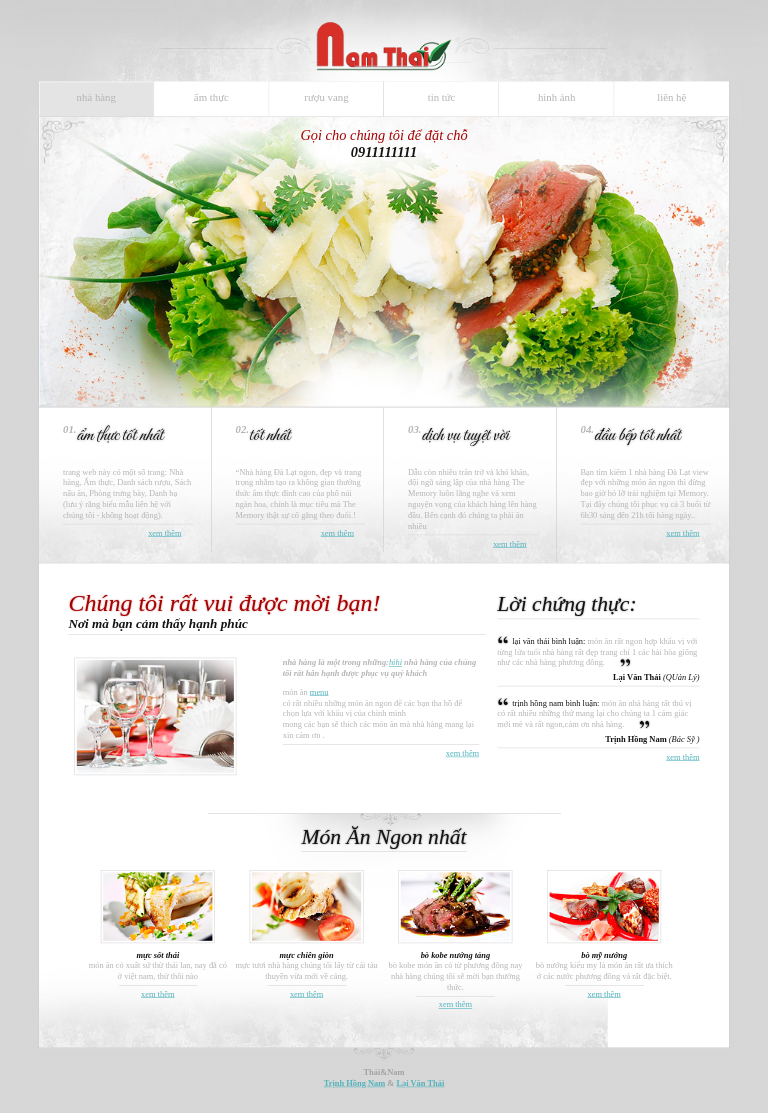
Repository: thaiLVT/DoAnThucTapNamThai
Page: index.html
The author's editor kept a copy of each file at every save. The page is drawn from the files as they stood at one save, then again after the next save.
The browser window is 1280 px wide. The pictures show the whole page, at 60% of full size.

Above is the page before, as saved 2022-04-25 01:09:20.

### index.html
<!DOCTYPE html>
<html lang="en">

<head>
    <title>Home</title>
    <meta charset="utf-8">
    <meta name="viewport" content="width=device-width, initial-scale=1, maximum-scale=1">
    <link rel="stylesheet" type="text/css" media="screen" href="css/reset.css">
    <link rel="stylesheet" type="text/css" media="screen" href="css/style.css">
    <link rel="stylesheet" href="css/zerogrid.css" type="text/css" media="all">
    <link rel="stylesheet" href="css/responsive.css" type="text/css" media="all">
    <link rel="stylesheet" href="css/responsiveslides.css" type="text/css" media="all" />
    <link href='http://fonts.googleapis.com/css?family=Great+Vibes' rel='stylesheet' type='text/css'>
    <!-- <script src="js/jquery-1.7.min.js"></script> -->
    <!-- <script src="js/jquery.easing.1.3.js"></script> -->
    <!-- <script src="js/tms-0.4.1.js"></script> -->
    <!-- <script type="text/javascript" src="js/css3-mediaqueries.js"></script> -->
    <!-- <script type="text/javascript" src="js/responsiveslides.js"></script> -->
    <!-- <script>
        $(function() {
            $("#slider").responsiveSlides({
                auto: true,
                pager: false,
                nav: true,
                speed: 500,
                maxwidth: 948,
                namespace: "centered-btns"
            });
        });
    </script> -->
</head>

<body>
    <div class="bg-top">
        <div class="bgr">
            <!--==============================header=================================-->
            <header>
                <div class="zerogrid">
                    <h1>
                        <a style="width: 14rem;" href="index.html"><img src="images/logo.png" alt=""></a>
                    </h1>
                    </a>
                    </h1>
                    <nav>
                        <ul class="menu">
                            <li class="current"><a href="index.html">nhà hàng</a></li>
                            <li><a href="cuisine.html">ẩm thực</a></li>
                            <li><a href="wine_list.html">rượu vang</a></li>
                            <li><a href="cookbook.html">tin tức</a></li>
                            <li><a href="gallery.html">hình ảnh</a></li>
                            <li><a href="contacts.html">liên hệ</a></li>
                        </ul>
                        <div class="clear"></div>
                    </nav>
                    <div id="slide">
                        <div class="rslides_container">
                            <ul class="rslides" id="slider">
                                <li><img src="images/slider-1.jpg" alt="" /></li>
                                <li><img src="images/slider-2.jpg" alt="" /></li>
                                <li><img src="images/slider-3.jpg" alt="" /></li>
                            </ul>
                        </div>

                        <div class="phone-number">Gọi cho chúng tôi để đặt chỗ<strong>0911111111</strong></div>
                    </div>
                </div>
            </header>
            <!--==============================content================================-->
            <section id="content">
                <div class="zerogrid">
                    <div class="block-1">
                        <div class="col-1-4">
                            <div class="pad border-right">
                                <div class="block-1-title">
                                    <span>01.</span>
                                    <div class="text-1">ẩm thực tốt nhất</div>
                                    <strong class="clear"></strong>
                                </div>
                                <p class="border-1">trang web này có một số trang: Nhà hàng, Ẩm thực, Danh sách rượu, Sách nấu ăn, Phòng trưng bày, Danh bạ (lưu ý rằng biểu mẫu liên hệ với chúng tôi - không hoạt động).</p>
                                <a href="#" class="link-1">xem thêm</a>
                            </div>
                        </div>
                        <div class="col-1-4">
                            <div class="pad border-right">
                                <div class="block-1-title">
                                    <span>02.</span>
                                    <div class="text-1">tốt nhất</div>
                                    <strong class="clear"></strong>
                                </div>
                                <p class="border-1">“Nhà hàng Đà Lạt ngon, đẹp và trang trọng nhằm tạo ra không gian thưởng thức ẩm thực đỉnh cao của phố núi ngàn hoa, chính là mục tiêu mà The Memory thật sự cố gắng theo đuổi.!</p>
                                <a href="#" class="link-1">xem thêm</a>
                            </div>
                        </div>
                        <div class="col-1-4">
                            <div class="pad border-right">
                                <div class="block-1-title">
                                    <span>03.</span>
                                    <div class="text-1">dịch vụ tuyệt vời </div>
                                    <strong class="clear"></strong>
                                </div>
                                <p class="border-1"> Dẫu còn nhiều trăn trở và khó khăn, đội ngũ sáng lập của nhà hàng The Memory luôn lắng nghe và xem nguyện vọng của khách hàng lên hàng đầu. Bên cạnh đó chúng ta phải ăn nhiều</p>
                                <a href="#" class="link-1">xem thêm</a>
                            </div>
                        </div>
                        <div class="col-1-4">
                            <div class="pad">
                                <div class="block-1-title">
                                    <span>04.</span>
                                    <div class="text-1">đầu bếp tốt nhất</div>
                                    <strong class="clear"></strong>
                                </div>
                                <p class="border-1">Bạn tìm kiếm 1 nhà hàng Đà Lạt view đẹp với những món ăn ngon thì đừng bao giờ bỏ lỡ trải nghiệm tại Memory. Tại đây chúng tôi phục vụ cả 3 buổi từ 6h30 sáng đến 21h tối hàng ngày..</p>
                                <a href="#" class="link-1">xem thêm</a>
                            </div>
                        </div>
                    </div>
                    <div class="block-2 pad-1">
                        <div class="col-2-3">
                            <div class="wrap-col">
                                <h2 class="h2-line">Chúng tôi rất vui được mời bạn!<strong>Nơi mà bạn cảm thấy hạnh phúc</strong></h2>
                                <div class="box-1">
                                    <div class="col-1-2">
                                        <div class="wrap-col">
                                            <div class="img-border"><img src="images/page1-img1.jpg" alt=""></div>
                                        </div>
                                    </div>
                                    <div class="col-1-2">
                                        <div class="wrap-col">
                                            <div class="extra-wrap">
                                                <p class="it-bold p2">nhà hàng là một trong những:<a href="http://blog.templatemonster.com/free-website-templates/" target="_blank" class="link">hihi</a> nhà hàng của chúng tôi rất hân hạnh được phục vụ quý khách </p>
                                                <p class="border-1">món ăn <a href="http://blog.templatemonster.com/2012/06/18/free-website-template-jquery-slider-restaurant-business/" class="link">menu</a><br> có rất nhiều những món ăn ngon để các bạn tha hồ để chọn lựa
                                                    với khẩu vị của chính mình<br> mong các bạn sẽ thích các món ăn mà nhà hàng mang lại <br>xin cảm ơn . </p>
                                                <a href="#" class="link-1">xem thêm</a>
                                            </div>
                                        </div>
                                    </div>
                                </div>
                            </div>
                        </div>
                        <div class="col-1-3">
                            <div class="wrap-col">
                                <h3 class="h3-line top-1">Lời chứng thực:</h3>
                                <div class="box-2 top-2">
                                    <div class="comment border-1">
                                        <p><img src="images/comment-top.png" alt=""><span class="clr-1">lại văn thái bình luận:</span> món ăn rất ngon hợp khẩu vị với từng lứa tuổi nhà hàng rất đẹp trang chí 1 các hài hòa giống như các nhà hàng phương đông.
                                            <img src="images/comment-bottom.png" alt="" class="second"></p>
                                        <span class="clr-1"><strong>Lại Văn Thái</strong> <i>(QUản Lý)</i></span>
                                    </div>
                                    <div class="comment border-1 top-3">
                                        <p><img src="images/comment-top.png" alt=""><span class="clr-1">trịnh hồng nam bình luận:</span> món ăn nhà hàng rất thú vị có rất nhiều những thứ mang lại cho chúng ta 1 cảm giác mới mẻ và rất ngon,cảm ơn nhà hàng.
                                            <img src="images/comment-bottom.png" alt="" class="second"></p>
                                        <span class="clr-1"><strong>Trịnh Hồng Nam</strong> <i>(Bác Sỹ )</i></span>
                                    </div>
                                    <a href="#" class="link-1">xem thêm</a>
                                </div>
                            </div>
                        </div>
                        <div class="clear"></div>
                        <div class="block-3">
                            <div class="h3">
                                <h3 class="h3-line-2"> Món Ăn Ngon nhất </h3>
                            </div>
                            <div class="box-3">
                                <div class="col-1-4">
                                    <div class="pad">
                                        <div class="img-border"><img src="images/page1-img2.jpg" alt=""></div>
                                        <p class="border-2"><span class="it-bold clr-1">mực sốt thái</span><br>món ăn có xuất sứ thừ thái lan, nay đã có ở việt nam, thử thôi nào </p>
                                        <a href="https://www.youtube.com/watch?v=JFKv1sOLRyk" class="link">xem thêm</a>
                                    </div>
                                </div>
                                <div class="col-1-4">
                                    <div class="pad">
                                        <div class="img-border"><img src="images/page1-img3.jpg" alt=""></div>
                                        <p class="border-2"><span class="it-bold clr-1">mực chiên giòn </span><br>mực tươi nhà hàng chúng tôi lấy từ cái tàu thuyền vừa mới về cảng.</p>
                                        <a href="https://www.youtube.com/watch?v=eNywvmk3pow" class="link">xem thêm</a>
                                    </div>
                                </div>
                                <div class="col-1-4">
                                    <div class="pad">
                                        <div class="img-border"><img src="images/page1-img4.jpg" alt=""></div>
                                        <p class="border-2"><span class="it-bold clr-1">bò kobe nướng tảng </span><br>bò kobe món ăn có từ phương đông nay nhà hàng chúng tôi sẽ mời bạn thưởng thức.</p>
                                        <a href="#" class="link">xem thêm</a>
                                    </div>
                                </div>
                                <div class="col-1-4">
                                    <div class="pad">
                                        <div class="img-border"><img src="images/page1-img5.jpg" alt=""></div>
                                        <p class="border-2"><span class="it-bold clr-1">bò mỹ nướng</span><br>bò nướng kiểu my là món ăn rất ưa thích ở các nước phương đông và rất đặc biệt.</p>
                                        <a href="https://www.youtube.com/watch?v=DT8bneCkZa0" class="link">xem thêm</a>
                                    </div>
                                </div>
                            </div>
                        </div>
                    </div>
                </div>
            </section>

            <!--==============================footer=================================-->
            <footer>
                <div class="zerogrid">
                    <p>Thái&Nam<br>
                        <a rel="nofollow" href="https://www.facebook.com/hongnam.trinh.56" target="_blank" class="link">Trịnh Hồng Nam</a> & <a rel="nofollow" href="https://www.facebook.com/laivanthai.1611" class="link">Lại Văn Thái</a></p>
                </div>
            </footer>
        </div>
    </div>
</body>

</html>

### css/zerogrid.css
/*
Zerotheme.com | Free Html5 Responsive Templates
Zerogrid - A Single Grid System for Responsive Design
Author: Kimmy
Version : 2.1
Author URI: https://www.zerotheme.com/
*/


/* -------------------------------------------- */


/* ------------------Grid System--------------- */

.zerogrid {
    width: 90vw;
    position: relative;
    margin: 0 auto;
    padding: 0px;
}

.zerogrid:after {
    content: "\0020";
    display: block;
    height: 0;
    clear: both;
    visibility: hidden;
}

.zerogrid .row {}

.zerogrid .row:before,
.row:after {
    content: '\0020';
    display: block;
    overflow: hidden;
    visibility: hidden;
    width: 0;
    height: 0;
}

.zerogrid .row:after {
    clear: both;
}

.zerogrid .row {
    zoom: 1;
}

.zerogrid .wrap-col {
    margin: 10px;
}

.zerogrid .col-1-2,
.zerogrid .col-1-3,
.zerogrid .col-2-3,
.zerogrid .col-1-4,
.zerogrid .col-2-4,
.zerogrid .col-3-4,
.zerogrid .col-1-5,
.zerogrid .col-2-5,
.zerogrid .col-3-5,
.zerogrid .col-4-5,
.zerogrid .col-1-6,
.zerogrid .col-2-6,
.zerogrid .col-3-6,
.zerogrid .col-4-6,
.zerogrid .col-5-6 {
    float: left;
    display: inline-block;
}

.zerogrid .col-full {
    width: 100%;
}

.zerogrid .col-1-2 {
    width: 50%;
}

.zerogrid .col-1-3 {
    width: 33.33%;
}

.zerogrid .col-2-3 {
    width: 66.66%;
}

.zerogrid .col-1-4 {
    width: 25%;
}

.zerogrid .col-2-4 {
    width: 50%;
}

.zerogrid .col-3-4 {
    width: 75%;
}

.zerogrid .col-1-5 {
    width: 20%;
}

.zerogrid .col-2-5 {
    width: 40%;
}

.zerogrid .col-3-5 {
    width: 60%;
}

.zerogrid .col-4-5 {
    width: 80%;
}

.zerogrid .col-1-6 {
    width: 16.66%;
}

.zerogrid .col-2-6 {
    width: 33.33%;
}

.zerogrid .col-3-6 {
    width: 50%;
}

.zerogrid .col-4-6 {
    width: 66.66%;
}

.zerogrid .col-5-6 {
    width: 83.33%;
}

@media only screen and (min-width: 768px) and (max-width: 949px) {
    .zerogrid {
        width: 90vw;
    }
}

@media only screen and (max-width: 767px) {
    .zerogrid {
        width: 100%;
    }
}

@media only screen and (min-width: 620px) and (max-width: 767px) {
    .zerogrid {
        width: 100%;
    }
}

@media only screen and (max-width: 619px) {
    .zerogrid,
    .zerogrid .col-1-2,
    .zerogrid .col-1-3,
    .zerogrid .col-2-3,
    .zerogrid .col-1-4,
    .zerogrid .col-2-4,
    .zerogrid .col-3-4,
    .zerogrid .col-1-5,
    .zerogrid .col-2-5,
    .zerogrid .col-3-5,
    .zerogrid .col-4-5,
    .zerogrid .col-1-6,
    .zerogrid .col-2-6,
    .zerogrid .col-3-6,
    .zerogrid .col-4-6,
    .zerogrid .col-5-6 {
        width: 100%;
    }
}

### css/responsive.css
/*
Free Html5 Responsive Templates
Author: Kimmy Tran
Author URI: https://www.zerotheme.com/
*/
html {
   -webkit-text-size-adjust: none;
}
.video embed,
.video object,
.video iframe {
   width: 100%;
   height: auto;
}
img{
	max-width:100%;
	height: auto;
   	width: auto\9; /* ie8 */
}

/*------------------------*/

@media only screen and (max-width: 949px) {
	header{text-align: center;}
	h1 {background:none; margin-left: 0; padding-left: 0; width: auto;}
	ul.menu li:first-child a { width:124px !important;}
	ul.menu li a { width:125px; font-size:18px; line-height:24px;  padding: 14px 0 19px 0; }
	.box-4 h4 {font-size:16px; line-height:28px;}
	#form {width:210px; }
	#form input {width: 118px;}
	#form textarea {width: 128px;}
	.btns {width:210px;}
}

@media only screen and (max-width: 767px){
	nav {border:none;}
	ul.menu li {border:#d3d3d3 1px solid; border-left:none; }
	.box-4 h4 {font-size:24px; line-height:38px;}
}
@media only screen and (max-width: 600px) {
	#form {width:310px; }
	#form input {width: 218px;}
	#form textarea {width: 228px;}
	.btns {width:310px;}
}
@media only screen and (max-width: 420px) {
	#form {width:210px; }
	#form input {width: 118px;}
	#form textarea {width: 128px;}
	.btns {width:210px;}

}

### css/responsiveslides.css
/*! http://responsiveslides.com v1.32 by @viljamis */

.rslides {
  position: relative;
  list-style: none;
  overflow: hidden;
  width: 100%;
  padding: 0;
  margin: 0;
  }

.rslides li {
  position: absolute;
  display: none;
  width: 100%;
  left: 0;
  top: 0;
  }

.rslides li:first-child {
  position: relative;
  display: block;
  float: left;
  }

.rslides img {
  display: block;
  height: auto;
  float: left;
  width: 100%;
  border: 0;
  }

 .rslides {
  margin: 0 auto;
  }

.rslides_container {

  position: relative;
  }

.centered-btns_nav {
  position: absolute;
  -webkit-tap-highlight-color: rgba(0,0,0,0);
  top: 50%;
  left: 0;
  opacity: 0.7;
  text-indent: -9999px;
  overflow: hidden;
  text-decoration: none;
  height: 61px;
  width: 38px;
  background: transparent url("../images/themes.gif") no-repeat left top;
  margin-top: -45px;
  }

.centered-btns_nav:active {
  opacity: 1.0;
  }

.centered-btns_nav.next {
  left: auto;
  background-position: right top;
  right: 0;
  }

.transparent-btns_nav {
  position: absolute;
  -webkit-tap-highlight-color: rgba(0,0,0,0);
  top: 0;
  left: 0;
  display: block;
  background: #fff; /* Fix for IE6-9 */
  opacity: 0;
  filter: alpha(opacity=1);
  width: 48%;
  text-indent: -9999px;
  overflow: hidden;
  height: 91%;
  }

.transparent-btns_nav.next {
  left: auto;
  right: 0;
  }

.large-btns_nav {
  position: absolute;
  -webkit-tap-highlight-color: rgba(0,0,0,0);
  opacity: 0.6;
  text-indent: -9999px;
  overflow: hidden;
  top: 0;
  bottom: 0;
  left: 0;
  background: #000 url("../images/themes.gif") no-repeat left 50%;
  width: 38px;
  }

.large-btns_nav:active {
  opacity: 1.0;
  }

.large-btns_nav.next {
  left: auto;
  background-position: right 50%;
  right: 0;
  }

.centered-btns_nav:focus,
.transparent-btns_nav:focus,
.large-btns_nav:focus {
  outline: none;
  }

.centered-btns_tabs,
.transparent-btns_tabs,
.large-btns_tabs {
  margin-top: 10px;
  text-align: center;
  }

.centered-btns_tabs li,
.transparent-btns_tabs li,
.large-btns_tabs li {
  display: inline;
  float: none;
  _float: left;
  *float: left;
  margin-right: 5px;
  }

.centered-btns_tabs a,
.transparent-btns_tabs a,
.large-btns_tabs a {
  text-indent: -9999px;
  overflow: hidden;
  -webkit-border-radius: 15px;
  -moz-border-radius: 15px;
  border-radius: 15px;
  background: #ccc;
  background: rgba(0,0,0, .2);
  display: inline-block;
  _display: block;
  *display: block;
  -webkit-box-shadow: inset 0 0 2px 0 rgba(0,0,0,.3);
  -moz-box-shadow: inset 0 0 2px 0 rgba(0,0,0,.3);
  box-shadow: inset 0 0 2px 0 rgba(0,0,0,.3);
  width: 9px;
  height: 9px;
  }

.centered-btns_here a,
.transparent-btns_here a,
.large-btns_here a {
  background: #222;
  background: rgba(0,0,0, .8);
  }

Loaded but not shown: css/reset.css (common file); css/style.css (846 lines, source omitted)

After the next save:
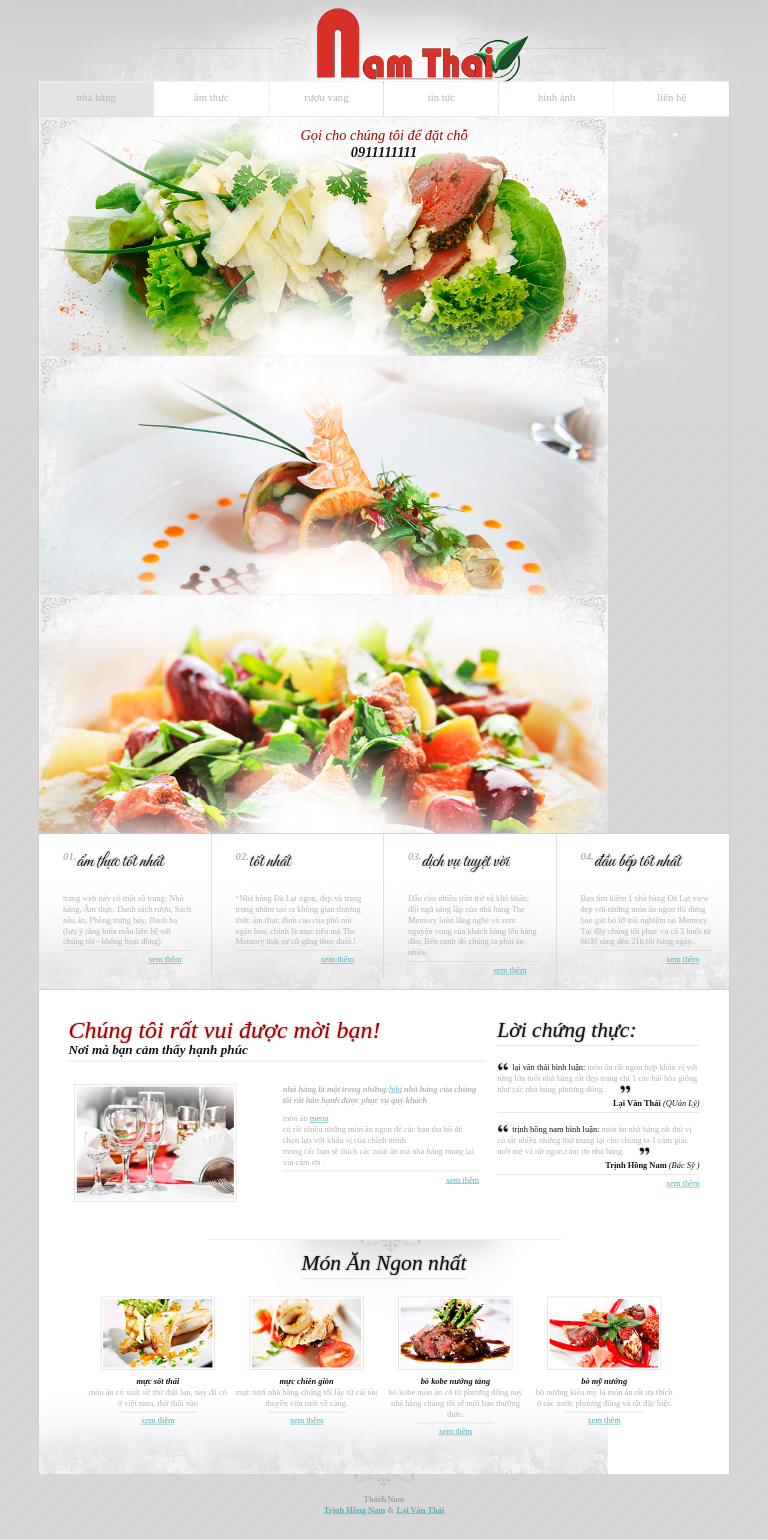
Saved 48 s later.
--- a/index.html
+++ b/index.html
@@ -8,8 +8,8 @@
     <link rel="stylesheet" type="text/css" media="screen" href="css/reset.css">
     <link rel="stylesheet" type="text/css" media="screen" href="css/style.css">
     <link rel="stylesheet" href="css/zerogrid.css" type="text/css" media="all">
-    <link rel="stylesheet" href="css/responsive.css" type="text/css" media="all">
-    <link rel="stylesheet" href="css/responsiveslides.css" type="text/css" media="all" />
+    <!-- <link rel="stylesheet" href="css/responsive.css" type="text/css" media="all"> -->
+    <!-- <link rel="stylesheet" href="css/responsiveslides.css" type="text/css" media="all" /> -->
     <link href='http://fonts.googleapis.com/css?family=Great+Vibes' rel='stylesheet' type='text/css'>
     <!-- <script src="js/jquery-1.7.min.js"></script> -->
     <!-- <script src="js/jquery.easing.1.3.js"></script> -->

After the save that followed:
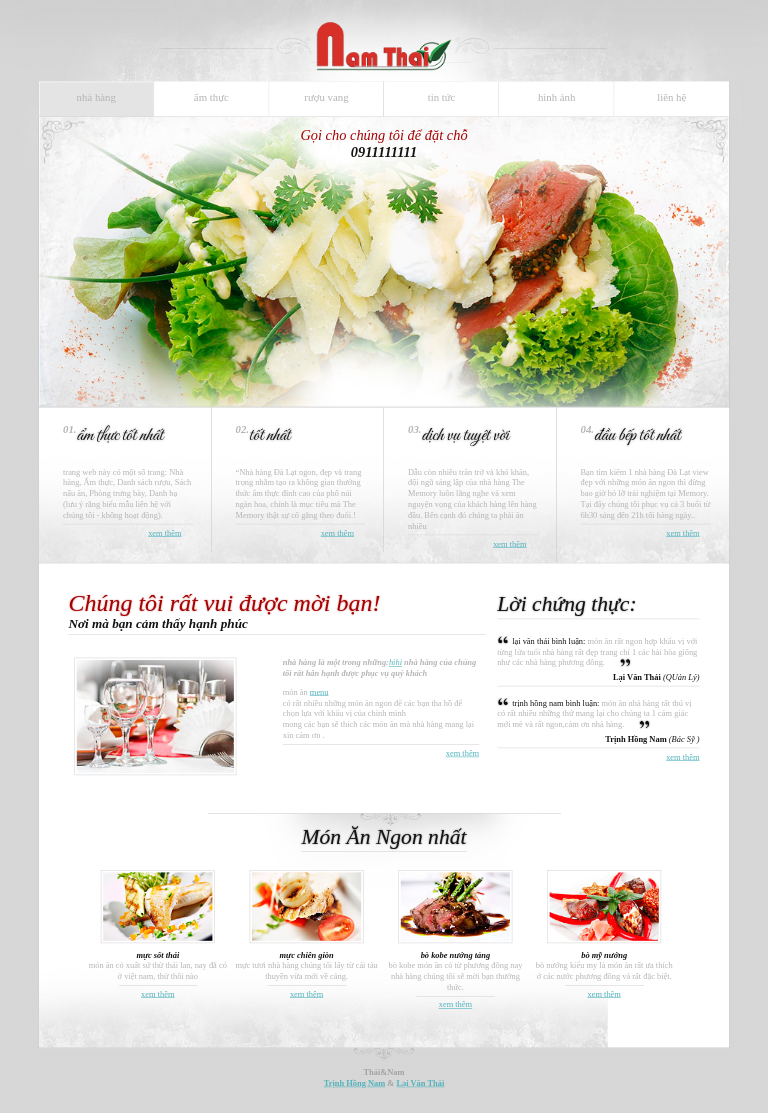
Saved 14 s later.
--- a/index.html
+++ b/index.html
@@ -8,8 +8,8 @@
     <link rel="stylesheet" type="text/css" media="screen" href="css/reset.css">
     <link rel="stylesheet" type="text/css" media="screen" href="css/style.css">
     <link rel="stylesheet" href="css/zerogrid.css" type="text/css" media="all">
-    <!-- <link rel="stylesheet" href="css/responsive.css" type="text/css" media="all"> -->
-    <!-- <link rel="stylesheet" href="css/responsiveslides.css" type="text/css" media="all" /> -->
+    <link rel="stylesheet" href="css/responsive.css" type="text/css" media="all">
+    <link rel="stylesheet" href="css/responsiveslides.css" type="text/css" media="all" />
     <link href='http://fonts.googleapis.com/css?family=Great+Vibes' rel='stylesheet' type='text/css'>
     <!-- <script src="js/jquery-1.7.min.js"></script> -->
     <!-- <script src="js/jquery.easing.1.3.js"></script> -->
